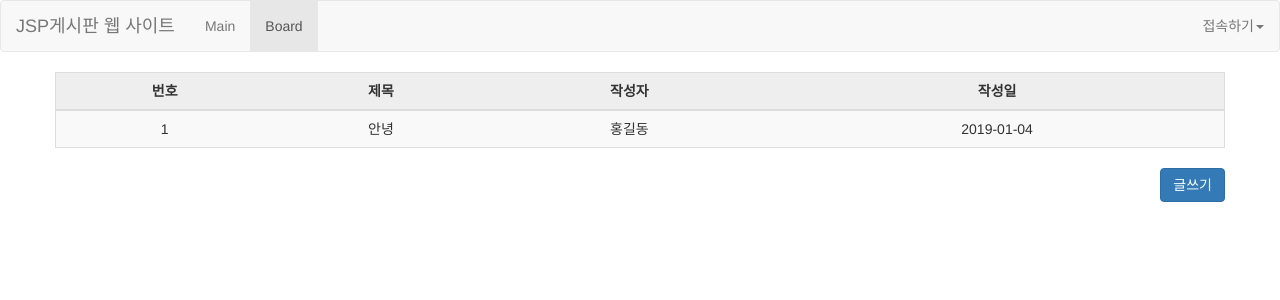
Repository: kwonsye/JSP_Board
Page: http://localhost/BBS/write.jsp
The author's editor kept a copy of each file at every save. The page is drawn from the files as they stood at one save, then again after the next save.
The browser window is 1280 px wide. The pictures show the whole page.
Some web libraries are served in a nearby version. The page is served by Tomcat 9.

Above is the page before, as saved 2019-01-03 16:24:41.

After the next save:
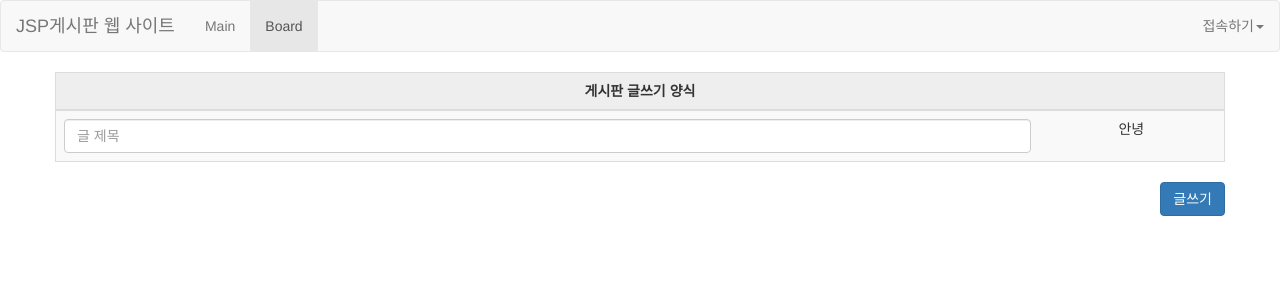
Saved 44 min 21 s later.
--- a/projects/BBS/WebContent/write.jsp
+++ b/projects/BBS/WebContent/write.jsp
@@ -79,20 +79,15 @@
 			<table class="table table-striped" style="text-align:center; border:1px solid #dddddd">
 				<thead>
 					<tr>
-						<th style="background-color: #eeeeee; text-align:center;">번호</th>
-						<th style="background-color: #eeeeee; text-align:center;">제목</th>
-						<th style="background-color: #eeeeee; text-align:center;">작성자</th>
-						<th style="background-color: #eeeeee; text-align:center;">작성일</th>
+						<th colspan="2" style="background-color: #eeeeee; text-align:center;">게시판 글쓰기 양식</th>
 					</tr>
 				</thead>
 
 				<tbody>
 					<!-- 예시 데이터 -->
 					<tr>
-						<td>1</td>
+						<td><input type="text" class="form-control" placeholder="글 제목" name="bbsTitle" maxlength="50"></td>
 						<td>안녕</td>
-						<td>홍길동</td>
-						<td>2019-01-04</td>
 					</tr>
 				</tbody>
 			</table>
